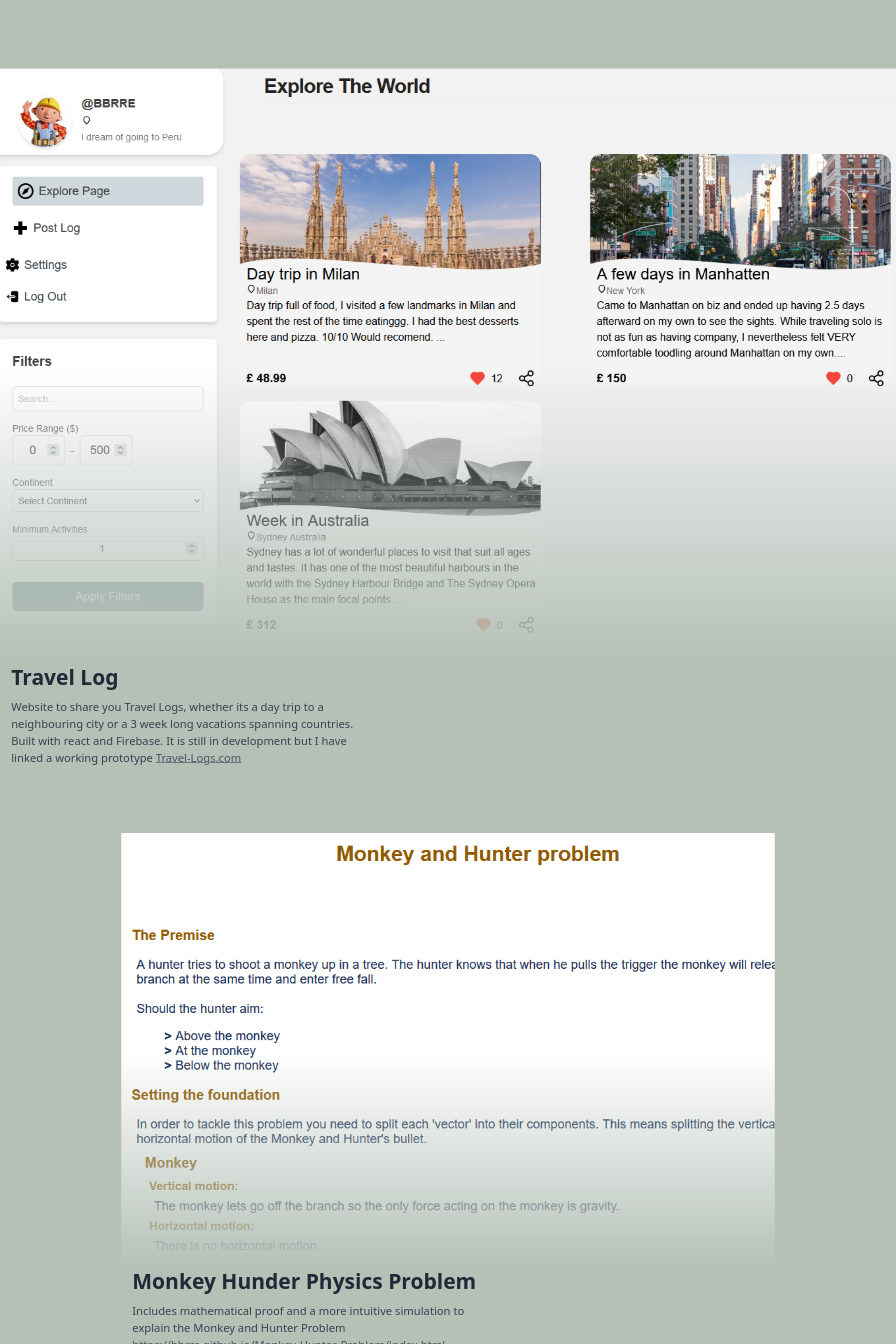
Repository: BBRRE/Portfolio-V2
Page: /#/Computer-Sci
An editor plug-in stored every save of this project. The page is shown before and after the next save, followed by the edit.
The browser window is 1280 px wide. The pictures show the part of the page from y = 0 to 1920 px (the page is 2634 px tall before and 1310 px after), at 70% of full size.
Some web fonts or font styles are not loaded; a fallback is used. The project was rebuilt for these pictures with package versions that can differ from the ones it lists, and the page was loaded fresh each time. Also part of the build but not shown: vite.config.js, src/Subjects/Archi.jsx, src/Subjects/EEng.jsx, src/Subjects/Other.jsx, src/Projects Overview.jsx, src/HomePage.jsx, src/ErrorBoundary.jsx.

Above is the page before, as saved 2024-11-29 09:17:58.

After the next save:
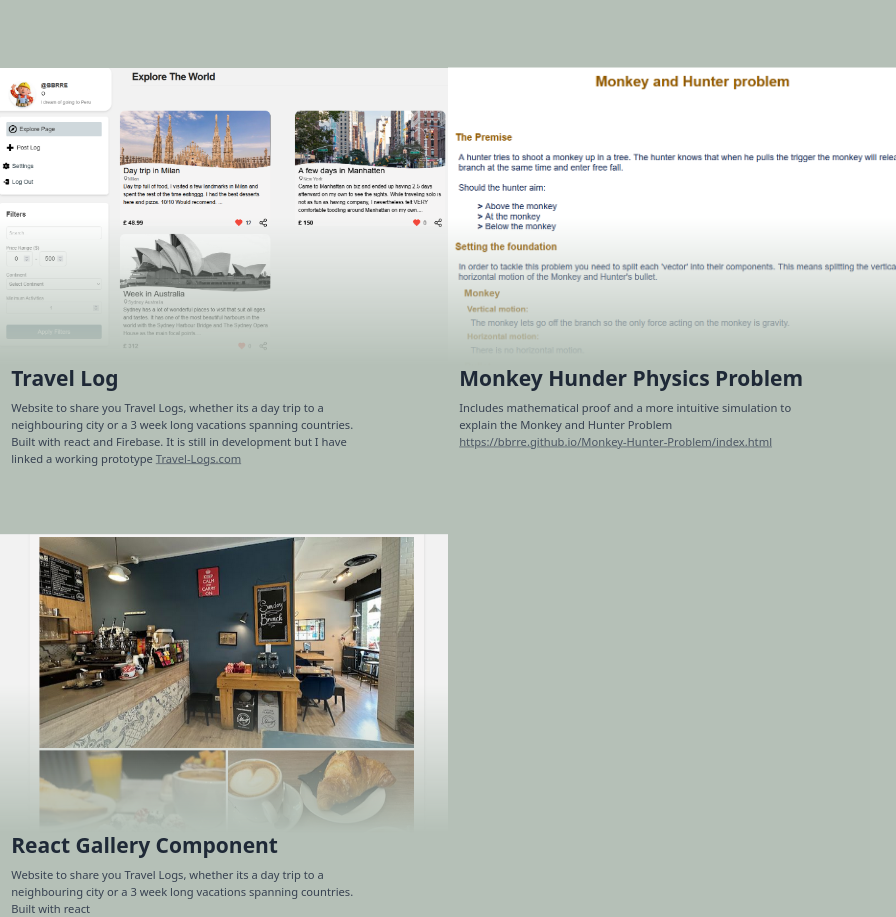
Saved 18 s later.
--- a/src/Subjects/CompSci.jsx
+++ b/src/Subjects/CompSci.jsx
@@ -5,7 +5,7 @@ import tr from '../assets/tra.png'
 
 const CompSci = () => {
   return (
-    <div className='bg-[#B5C0B7] w-full h-auto min-h-screen grid grid-cols-1'>
+    <div className='bg-[#B5C0B7] w-full h-auto min-h-screen grid grid-cols-1 md:grid-cols-2'>
       <div className='flex flex-col mx-auto mt-24'>
         <img src={cs} style={{ WebkitMaskImage: 'linear-gradient(to top, transparent 0%, black 50%)' }} />
         <div className="  flex flex-col ml-4 gap-3 justify-center">
